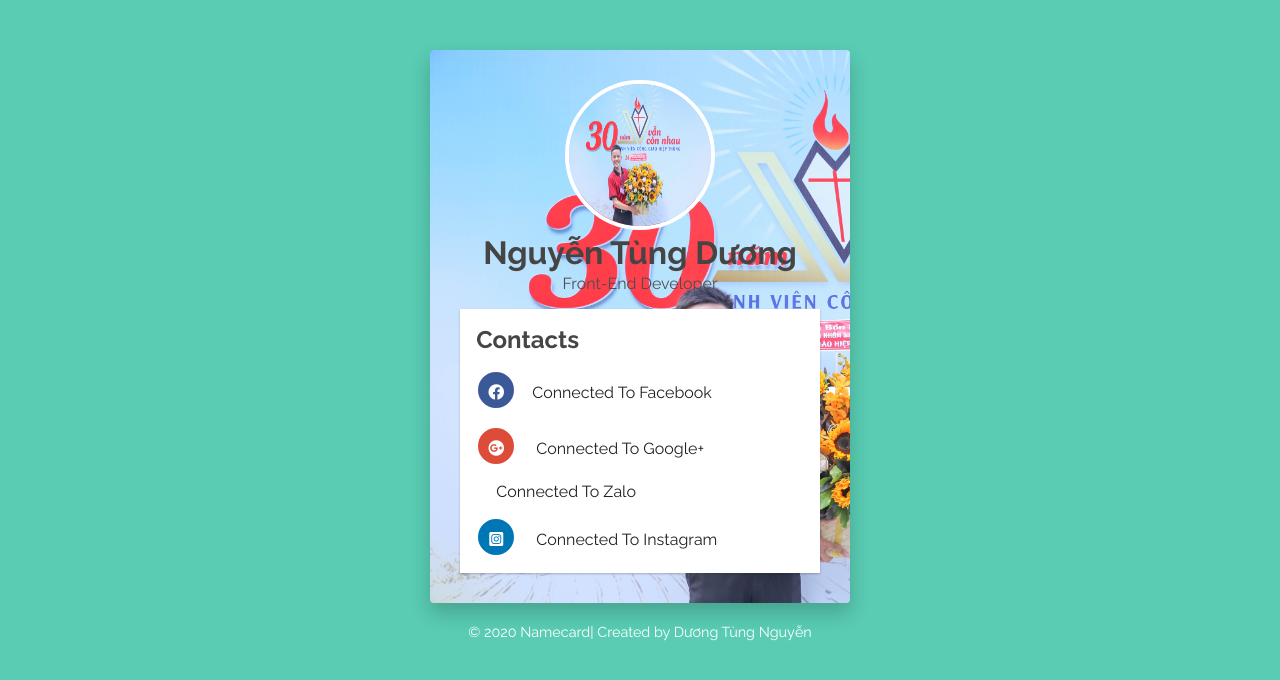
Repository: DuongTungNguyen0899/Card_Duong.github.io
Page: index.html
These files come from the project's save history. The page is drawn as it stood at one moment and after the next save; the edit follows.
The browser window is 1280 px wide. The pictures show the whole page.

Above is the page before, as saved 2021-06-27 17:30:45.

### index.html
<!DOCTYPE HTML>
<html>
<head>
<title>Shaded Profile Widget Flat Responsive Widget Template :: w3layouts</title>
<!-- Custom Theme files -->
<link href="css/style.css" rel="stylesheet" type="text/css" media="all"/>
<!-- for-mobile-apps -->
<meta http-equiv="Content-Type" content="text/html; charset=utf-8" />
<meta name="viewport" content="width=device-width, initial-scale=1, maximum-scale=1">
<meta http-equiv="Content-Type" content="text/html; charset=utf-8" />
<!-- //for-mobile-apps -->
<!-- font-awesome icons -->
<link href="css/fontawesome-free-5.15.3-web/css/fontawesome.css" rel="stylesheet">
<link rel="stylesheet" href="css/fontawesome-free-5.15.3-web/css/all.min.css">
<!-- //font-awesome icons -->
<!--Google Fonts-->
<link href="https://fonts.googleapis.com/css2?family=Raleway:wght@400;500;600;700&display=swap" rel="stylesheet">
</head>
<body>
<!--profile start here-->

<div class="profile">
	<div class="wrap">
		<div class="profile-main">
			<div class="profile-pic wthree">
				<img src="img/IMG_7157.JPG" alt="">
				<h2>Nguyễn Tùng Dương</h2>
				<p>Front-End Developer</p>
			</div>
			<!-- <div class="w3-message">
				<h5>About Me</h5>
				<p>Chào bạn ! Chúng mình là ADC Studio.Liên hệ cho chúng mình nhé ^_^</p>
			</div> -->
			<div class="w3ls-touch">
				<h5>Contacts</h5>
				<div class="social">
					<ul>
						<li><a href="https://www.facebook.com/DuongTung.td/"> <i class="fab fa-facebook" aria-hidden="true"></i><p>Connected To Facebook</p></a></li>
						<!-- <li><a href="#"><i class="fa fa-twitter" aria-hidden="true"></i> <p>Connected To Twitter</p></a></li> -->
						<!-- <li><a href="#"><i class="fa fa-linkedin" aria-hidden="true"></i> <p>Connected To Linkedin</p></a></li> -->
                        <li><a href="#"><i class="fab fa-google-plus" aria-hidden="true"></i> <p>Connected To Google+</p></a></li>
                        <li><a href="#"><i class="fab fa-zalo" aria-hidden="true"></i> <p>Connected To Zalo</p></a></li>
                        <li><a href="https://www.instagram.com/aaachuuchaa/"><i class="fab fa-instagram-square"></i> <p>Connected To Instagram</p></a></li>
					</ul>
				</div>
			</div>
		</div>
		<div class="wthree_footer_copy">
			<p>© 2020 Namecard| Created by <a href="#">Dương Tùng Nguyễn</a></p>
		</div>
	</div>
</div>
<!--profile end here-->

</body>
</html>

### css/style.css
*,
*::before,
*::after {
	margin: 0;
	padding: 0;
	box-sizing: border-box;
}

html {

}


ul{list-style:none;}
a {text-decoration: none;}
img {
	width:150px;
	height:150px;
}
/*end reset*/
body{
	padding: 30px;
    background: #59CCB3;
    background-size: cover;
   font-family: 'Raleway', sans-serif;
}
.wrap {
    width: 80%;
    margin: 0 auto;
}
/*--profile start here--*/
.heading-1 {
	font-size: 35px;
	font-weight: 400;
	letter-spacing: 1.2;
}
h1 {
    font-size: 3em;
    color: #fff;
    text-align: center;
}
.profile-main {
    background: url(./img/IMG_7157.JPG) no-repeat 0px 0px;
	background-size:cover;
    width: 45%;
    margin: 20px auto;
    padding: 30px;
    border-radius: 4px;
    box-shadow: 0 10px 20px rgba(0,0,0,.2);
}
.profile-pic {
    margin: 0 0 1em 0;
    text-align: center;
}
.profile-pic img {
    border:4px solid #fff;
    border-radius: 82px;
	    transition: 0.5s all;
    -webkit-transition: 0.5s all;
    -moz-transition: 0.5s all;
    -o-transition: 0.5s all;
}
.profile-pic h2 {
    font-size: 2em;
    color: #474544;
    margin-bottom: 0.1em;
}
.profile-pic p {
    font-size: 1em;
    color:#4E4E4E;
}
.wthree_tab_grid_sub {
    margin: 1em 0 0 0;
}
.wthree_tab_grid_sub_left {
	float: left;
    width: 26.2%;
    padding: .5em;
    text-align: center;
    background: #d3aefe;
}
.wthree_tab_grid_sub_left h5 {
    font-size: 1.5em !important;
    color: #fff !important;
    font-weight: 700;
}
.wthree_tab_grid_sub_left p {
	color: #fff !important;
    font-size: .9em !important;
    margin: 0 !important;
}
.wthree_tab_grid_sub_left:nth-child(2) {
    margin: 0 1em;
}
.w3-message,.w3ls-touch{
    padding: 1em;
    box-shadow: 0 0px 1px rgba(197, 197, 197, 0.19),0 1px 2px rgba(0, 0, 0, 0.24);
    background: #fff;
}
.w3-message h5,.w3ls-touch h5{
	color:#474544;
	font-size:1.5em;
	margin:0;
}
.w3-message p{
	color:#c5b7b7;
	font-size:16px;
	margin:1em 0 0 0;
	line-height:1.8em;
}
.w3ls-touch{
	margin:1em 0 0 0;
}
.social {
	margin: 1em 0 0 0;
}
.social ul{
	padding:0;
	margin:0;
}
.social ul li{
    display: block;
	margin:1em 0 0 0;
}
.social ul li:nth-child(1){
	margin:0;
}
.social ul li a {
	color: #333;
    text-align: center;
}
.social ul li a i.fab.fa-facebook,.social ul li a i.fab.fa-twitter,.social ul li a i.fab.fa-instagram-square,.social ul li a i.fab.fa-google-plus{
    height: 40px;
    width: 40px;
    background: none;
    line-height: 40px;
    border: solid 2px #FFF;
    color: #FFF;
    border-radius: 50%;
    -webkit-border-radius: 50%;
    -moz-border-radius: 50%;
    -o-border-radius: 50%;
    -ms-border-radius: 50%;
    transition: 0.5s all;
    -webkit-transition: 0.5s all;
    -moz-transition: 0.5s all;
    -o-transition: 0.5s all;
    -ms-transition: 0.5s all;
}
.social ul li a i.fab.fa-facebook {
	background: #3b5998;
}
.social ul li a i.fab.fa-twitter{
	background: #1da1f2;
}
.social ul li a i.fab.fa-instagram-square{
	background: #0077b5;
}
.social ul li a i.fab.fa-google-plus{
	background: #dd4b39;
}
.social ul li a i.fab.fa-facebook:hover {
	border: solid 2px #3b5998;
    color: #3b5998;
	background:none;
}
.social ul li a i.fab.fa-twitter:hover{
	border: solid 2px #1da1f2;
    color: #1da1f2;
	background:none;
}
.social ul li a i.fab.fa-instagram-square:hover{
	border: solid 2px #0077b5;
    color: #0077b5;
	background:none;
}
.social ul li a i.fab.fa-google-plus:hover{
	border: solid 2px #dd4b39;
    color: #dd4b39;
	background:none;
}
.social ul li a p{
    color: #212121;
    font-size: 16px;
    margin: 0 0 0 1em;
    font-weight: 400;
    display: inline-block;
}
.wthree_footer_copy{
	text-align:center;
}
.wthree_footer_copy p{
	color:#FFFFFF;
	font-size:.9em;
	margin:0;
}
.wthree_footer_copy p a{
	color:#FFFFFF;
	text-decoration:none;
}
.wthree_footer_copy p a:hover{
	color:#212121;
}
/*-- responsive --*/
@media(max-width:1440px){
	.wthree_tab_grid_sub_left {
		width: 25.2%;
	}
}
@media(max-width:1280px){
	.profile-main {
		width: 43%;
	}
}
@media(max-width:1080px){
	body {
		padding: 10px;
	}
	.wrap {
		width: 100%;
	}
	.profile-main {
		width: 100%;
	}
}

@media(max-width:600px){
	.profile-main {
		background: url(./img/IMG_7157.JPG) no-repeat -100px 0px;
		background-size: cover;
	}
	.social ul li a p {
		font-size: 13px;
	}
}


@media(max-width:320px){
	h1 {
		font-size: 1.5em;
	}
	.wthree_tab_grid_sub_left {
		width: 21.5%;
	}
	.wthree_tab_grid_sub_left p {
		font-size: .8em !important;
	}
	.profile-main {
		background: url(./img/IMG_7157.JPG) no-repeat -173px 0px;
		background-size: cover;
	}
}
/*-- //responsive --*/

.fa-facebook:before {
    content: "\f09a";
}

Loaded but not shown: css/fontawesome-free-5.15.3-web/css/fontawesome.css (library); css/fontawesome-free-5.15.3-web/css/all.min.css (library)

After the next save:
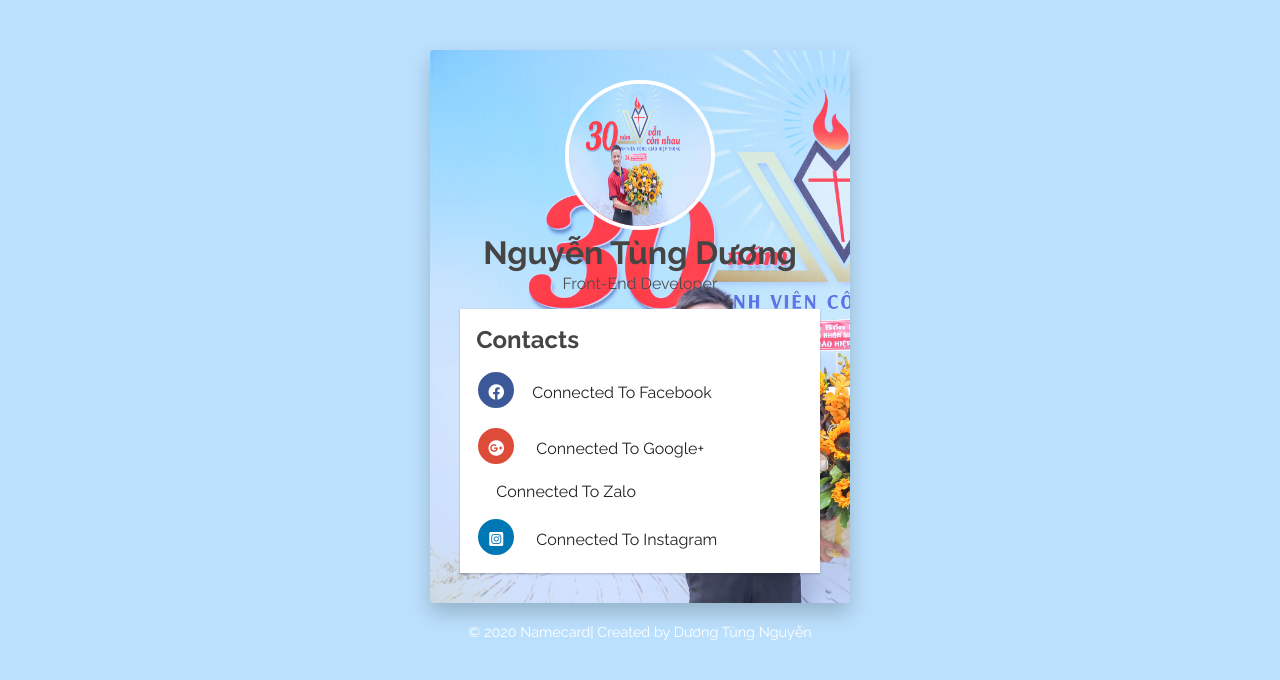
Saved 29 s later.
--- a/css/style.css
+++ b/css/style.css
@@ -20,7 +20,7 @@ img {
 /*end reset*/
 body{
 	padding: 30px;
-    background: #59CCB3;
+    background: #bbe0fd;
     background-size: cover;
    font-family: 'Raleway', sans-serif;
 }
